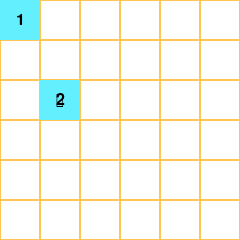
Repository: isabelcuddihy/decodeknight
Script's output: python knightstour.py
These files come from the project's save history. The script's output is drawn as it stood at one moment and after the next save; the edit follows.
The window is shown after at most 60 frames with no key pressed. Random numbers start from a fixed seed.

Above is the script's output before, as saved 2026-03-26 15:41:24.

After the next save:
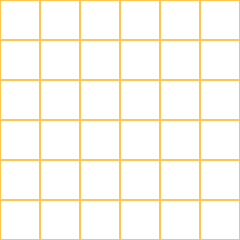
Saved 21 s later.
--- a/knightstour.py
+++ b/knightstour.py
@@ -97,7 +97,7 @@
 pos, grid, placed, done = game.execute('place', (2, 1))
 print(f"Placed at: {pos}, total placed: {len(placed)}")
 
-pos, grid, placed, done = game.execute('place', (-1, -2))
+pos, grid, placed, done = game.execute('place', (-1, 2))
 print(f"Placed at: {pos}, total placed: {len(placed)}")
 #pos, grid, placed, done = game.execute('undo')
 #print(f"Undid move at: {pos}, total placed: {len(placed)}")

After the save that followed:
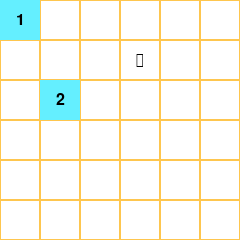
Saved 49 s later.
--- a/knightstour.py
+++ b/knightstour.py
@@ -20,7 +20,7 @@
 ####################################################
 
 
-game = Chessboard(GUI=True, render_delay_sec=1.5, grid_length=6,grid_width= 6,starting_knight_pos=(0, 0), obstacle_boxes=0)
+game = Chessboard(GUI=True, render_delay_sec=0.5, grid_length=6,grid_width= 6,starting_knight_pos=(0, 0), obstacle_boxes=0)
 currentKnightPos, grid, placedKnights, done = game.execute('export')
 np.savetxt('initial_grid.txt', grid, fmt="%d")
 
@@ -99,8 +99,8 @@
 
 pos, grid, placed, done = game.execute('place', (-1, 2))
 print(f"Placed at: {pos}, total placed: {len(placed)}")
-#pos, grid, placed, done = game.execute('undo')
-#print(f"Undid move at: {pos}, total placed: {len(placed)}")
+pos, grid, placed, done = game.execute('undo')
+print(f"Undid move at: {pos}, total placed: {len(placed)}")
 
 #Control the movement of the knight with the agent's execute method:
 
